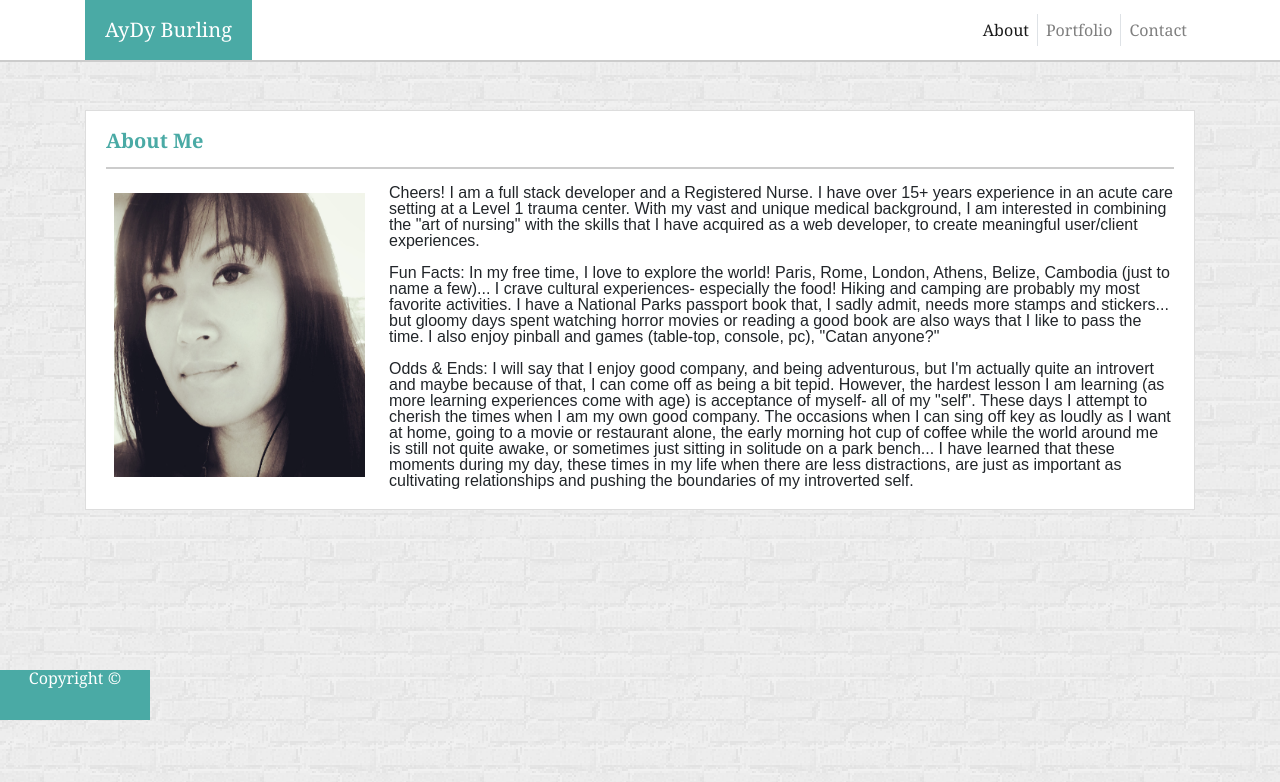
Repository: Dee1985/AyDy-Burling-prework
Page: Module-1_Assessment/index.html
The author's editor kept a copy of each file at every save. The page is drawn from the files as they stood at one save, then again after the next save.
The browser window is 1280 px wide. The pictures show the whole page.

Above is the page before, as saved 2020-05-22 22:22:53.

### Module-1_Assessment/index.html
<!DOCTYPE html>
<html lang="en">
	<head>
		<meta charset="UTF-8" />
		<meta name="viewport" content="width=device-width, initial-scale=1.0" />
		<meta http-equiv="X-UA-Compatible" content="ie=edge" />
		<title>About</title>

		<link
			rel="stylesheet"
			href="https://stackpath.bootstrapcdn.com/bootstrap/4.3.1/css/bootstrap.min.css"
			integrity="sha384-ggOyR0iXCbMQv3Xipma34MD+dH/1fQ784/j6cY/iJTQUOhcWr7x9JvoRxT2MZw1T"
			crossorigin="anonymous"
		/>
		<link rel="stylesheet" href="assets/css/reset.css" />
		<link rel="stylesheet" href="assets/css/style.css" />
	</head>
	<body>
		<nav class="navbar navbar-light navbar-expand-lg p-0 another-card">
			<div class="container">
				<a href="# " class="navbar-brand text-white">AyDy Burling</a>
				<button
					class="navbar-toggler"
					type="button"
					data-toggle="collapse"
					data-target="#navbarTogglerDemo02"
					aria-controls="navbarTogglerDemo02"
					aria-expanded="false"
					aria-label="Toggle navigation"
				>
					<span class="navbar-toggler-icon"></span>
				</button>
				<div class="collapse navbar-collapse" id="navbarTogglerDemo02">
					<ul class="navbar-nav ml-auto mt-2 mt-lg-0">
						<li class="nav-item active">
							<a class="nav-link border-right" href="#">About</a>
						</li>
						<li class="nav-item">
							<a class="nav-link border-right" href="portfolio.html"
								>Portfolio</a
							>
						</li>
						<li class="nav-item">
							<a class="nav-link" href="contact.html" tabindex="-1">Contact</a>
						</li>
					</ul>
				</div>
			</div>
		</nav>

		<section class="another-card">
			<div class="container vh-100">
				<div class="row">
					<div class="col-lg-12 mb-4">
						<div class="card mt-5 rounded-0">
							<div class="card-body">
								<h5 class="card-title">About Me</h5>
								<hr />
								<div class="media">
									<img
										src="assets/img/IMG_0322.JPG"
										width="25%"
										height="300"
										class="mr-3 p-2"
										alt="..."
									/>
									<div class="media-body">
										<p>
											Cheers! I am a full stack developer and a Registered
											Nurse. I have over 15+ years experience in an acute care
											setting at a Level 1 trauma center. With my vast and
											unique medical background, I am interested in combining
											the "art of nursing" with the skills that I have acquired
											as a web developer, to create meaningful user/client
											experiences.
										</p>
										<br />
										<p>
											Fun Facts: In my free time, I love to explore the world!
											Paris, Rome, London, Athens, Belize, Cambodia (just to
											name a few)... I crave cultural experiences- especially
											the food! Hiking and camping are probably my most favorite
											activities. I have a National Parks passport book that, I
											sadly admit, needs more stamps and stickers... but gloomy
											days spent watching horror movies or reading a good book
											are also ways that I like to pass the time. I also enjoy
											pinball and games (table-top, console, pc), "Catan
											anyone?"
										</p>
										<br />
										<p>
											Odds & Ends: I will say that I enjoy good company, and
											being adventurous, but I'm actually quite an introvert and
											maybe because of that, I can come off as being a bit
											tepid. However, the hardest lesson I am learning (as more
											learning experiences come with age) is acceptance of
											myself- all of my "self". These days I attempt to cherish
											the times when I am my own good company. The occasions
											when I can sing off key as loudly as I want at home, going
											to a movie or restaurant alone, the early morning hot cup
											of coffee while the world around me is still not quite
											awake, or sometimes just sitting in solitude on a park
											bench... I have learned that these moments during my day,
											these times in my life when there are less distractions,
											are just as important as cultivating relationships and
											pushing the boundaries of my introverted self.
										</p>
									</div>
								</div>
							</div>
						</div>
					</div>
				</div>
			</div>
		</section>

		<footer>
			<div class="text-center text-white">Copyright &copy;</div>
		</footer>

		<script
			src="https://code.jquery.com/jquery-3.3.1.slim.min.js"
			integrity="sha384-q8i/X+965DzO0rT7abK41JStQIAqVgRVzpbzo5smXKp4YfRvH+8abtTE1Pi6jizo"
			crossorigin="anonymous"
		></script>
		<script
			src="https://cdnjs.cloudflare.com/ajax/libs/popper.js/1.14.7/umd/popper.min.js"
			integrity="sha384-UO2eT0CpHqdSJQ6hJty5KVphtPhzWj9WO1clHTMGa3JDZwrnQq4sF86dIHNDz0W1"
			crossorigin="anonymous"
		></script>
		<script
			src="https://stackpath.bootstrapcdn.com/bootstrap/4.3.1/js/bootstrap.min.js"
			integrity="sha384-JjSmVgyd0p3pXB1rRibZUAYoIIy6OrQ6VrjIEaFf/nJGzIxFDsf4x0xIM+B07jRM"
			crossorigin="anonymous"
		></script>
	</body>
</html>

### Module-1_Assessment/assets/css/style.css
* {
	box-sizing: border-box;
	margin: 0;
	padding: 0;
}

section {
	/* https://www.toptal.com/designers/subtlepatterns/?s=brick */
	background-image: url('../img/brickwall_@2X.png');
	background-position: center;
	overflow: auto;
}

nav {
	font-family: Cambria, Cochin, Georgia, Times, 'Times New Roman', serif;
}

.btn {
	background-color: #4aaaa5;
	border-color: #4aaaa5;
}
.navbar {
	border-bottom: 2px solid #cccccc;
}
a.navbar-brand {
	background-color: #4aaaa5;
	padding: 20px;
	margin: 0;
}
hr {
	border-top: 2px solid;
	border-color: #cccccc;
}

.card {
	font-family: Arial, Helvetica, sans-serif;
	border-color: #dddddd;
}
.card-title {
	font-size: 20px;
	color: #4aaaa5;
	font-family: Cambria, Cochin, Georgia, Times, 'Times New Roman', serif;
	font-weight: bold;
}
.card-heading {
	background-color: #4aaaa5;
	font-size: 16px;
	font-family: Cambria, Cochin, Georgia, Times, 'Times New Roman', serif;
	position: absolute;
	bottom: 5%;
	width: 100%;
	padding-top: 10px;
	padding-bottom: 10px;
}

footer {
	position: fixed;
	left: 0;
	bottom: 0;
	width: 100%;
	background-color: #4aaaa5;
	color: #ffffff;
	width: 150px;
	height: 50px;
	font-size: 16px;
	font-family: Georgia, Times, 'Times New Roman', serif;
}

Loaded but not shown: Module-1_Assessment/assets/css/reset.css (common file)

After the next save:
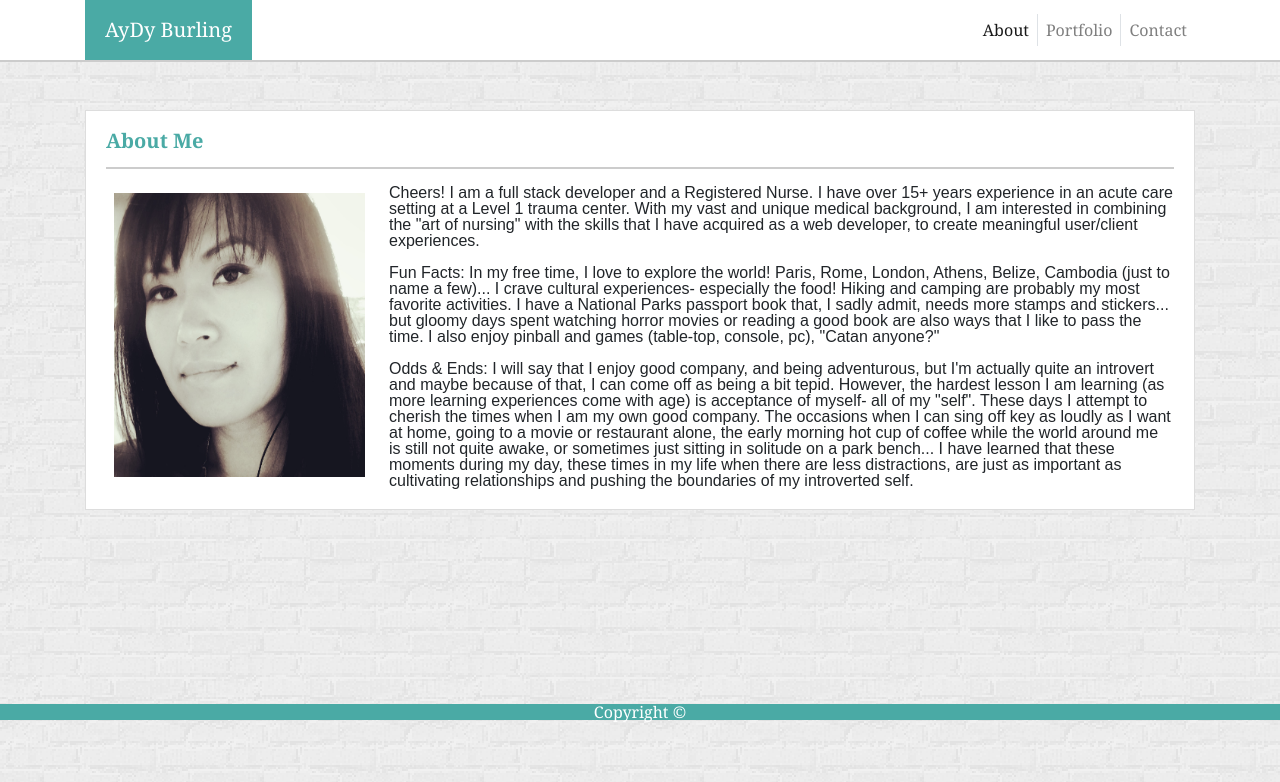
Saved 22 s later.
--- a/Module-1_Assessment/assets/css/style.css
+++ b/Module-1_Assessment/assets/css/style.css
@@ -60,8 +60,6 @@ footer {
 	width: 100%;
 	background-color: #4aaaa5;
 	color: #ffffff;
-	width: 150px;
-	height: 50px;
 	font-size: 16px;
 	font-family: Georgia, Times, 'Times New Roman', serif;
 }
